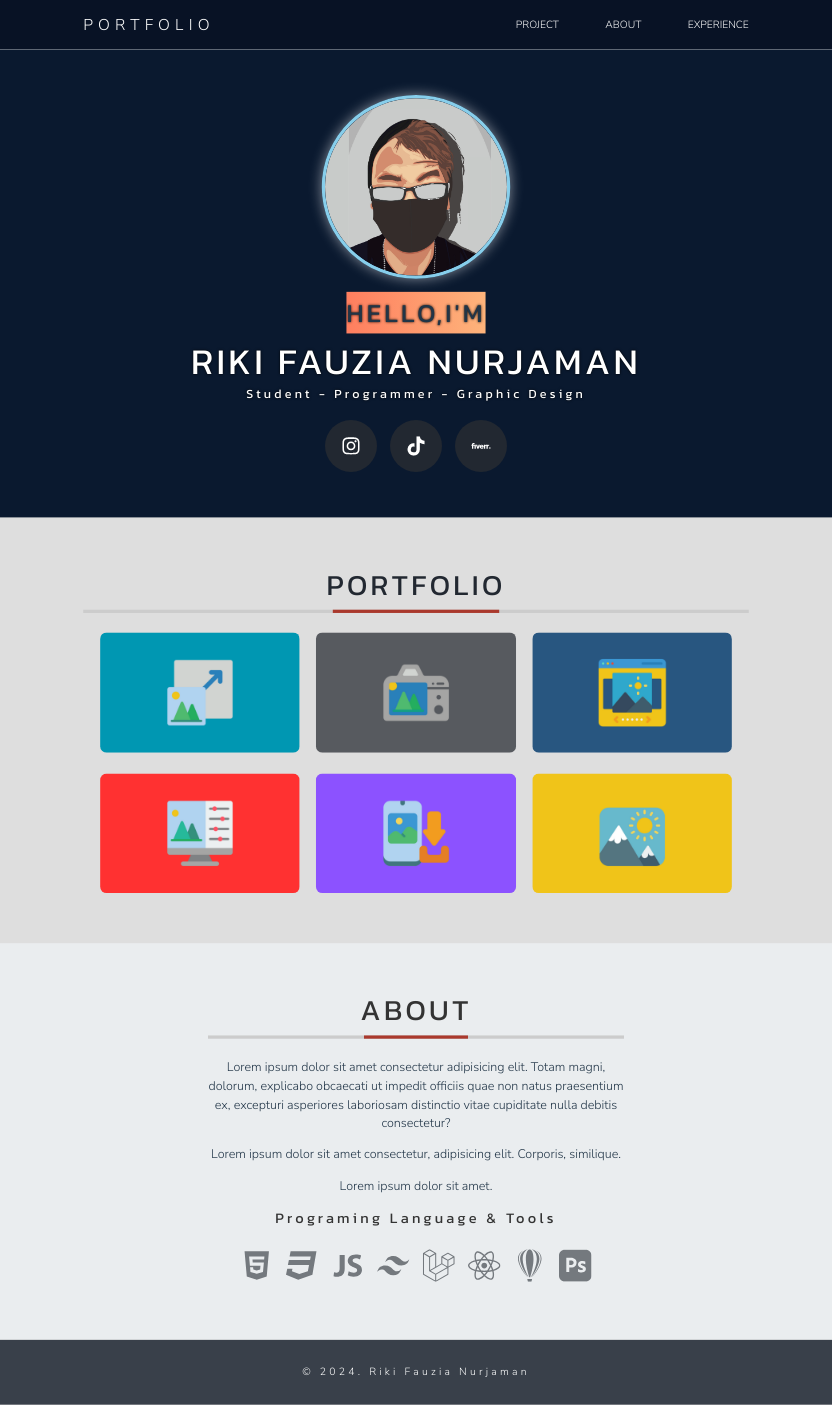
Repository: sellayspy/Portofolio
Page: /
An editor plug-in stored every save of this project. The page is shown before and after the next save, followed by the edit.
The browser window is 1280 px wide. The pictures show the whole page, at 65% of full size.
The project was rebuilt for these pictures with package versions that can differ from the ones it lists, and the page was loaded fresh each time. Also part of the build but not shown: vite.config.js, src/styles/DetailPortfolio.css, src/components/ScrollToTop.jsx, src/pages/DetailPortfolio.jsx, src/pages/PagesNotFound.jsx, src/pages/Experience.jsx.

Above is the page before, as saved 2024-09-14 08:29:15.

After the next save:
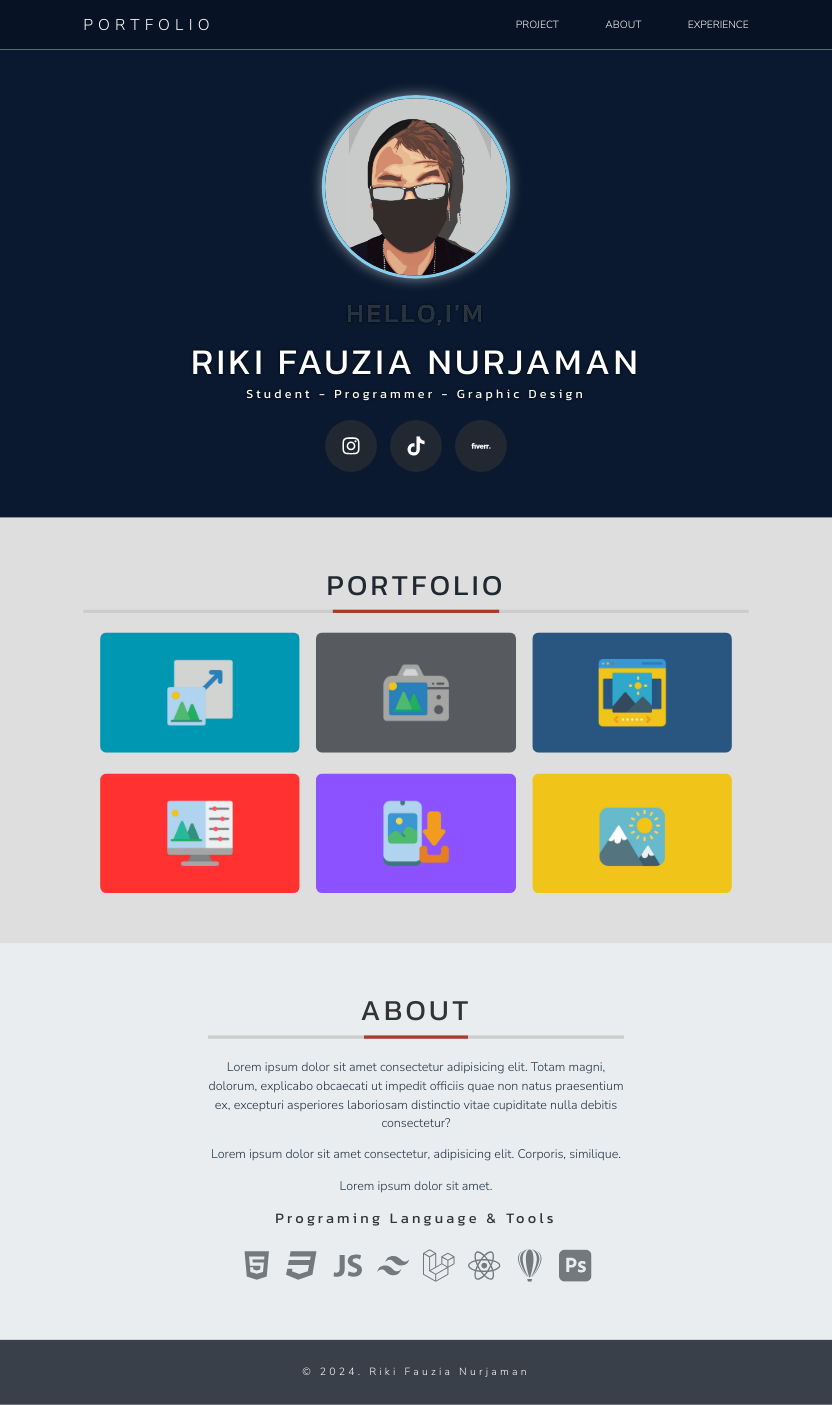
Saved 26 s later.
--- a/src/styles/Header.css
+++ b/src/styles/Header.css
@@ -29,6 +29,7 @@ header {
 
 .header-jumbotron > h4 {
   background: linear-gradient(to right, #ff7e5f, #feb47b);
+  -webkit-background-clip: text;
   margin: 20px 0px 0px 0px;
   padding: 0px;
   font-size: 2.5rem;
